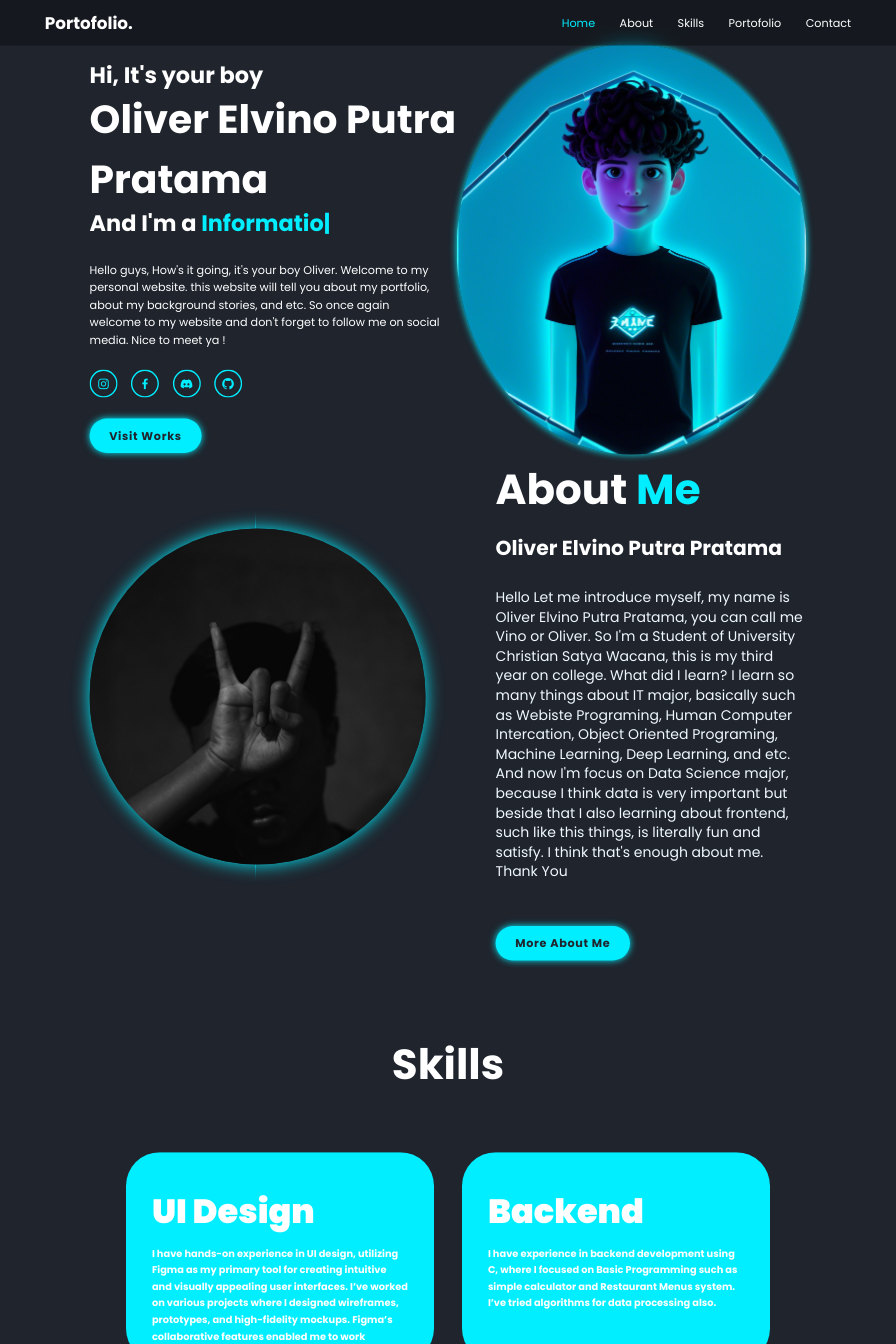
Repository: Olovrelvino/personalWebsite-HtmlCssJs-project
Page: main.html
An editor plug-in stored every save of this project. The page is shown before and after a run of saves, followed by the edit.
The browser window is 1280 px wide. The pictures show the part of the page from y = 0 to 1920 px (the page is 3580 px tall), at 70% of full size.
Some web libraries are served in a nearby version.

Above is the page before, as saved 2024-09-22 22:54:14.

### main.html
<!DOCTYPE html>
<html lang="en">
<head>
    <meta charset="UTF-8">
    <meta name="viewport" content="width=device-width, initial-scale=1.0">
    <title>Oliver's Portofolio</title>
    <link href='https://unpkg.com/boxicons@2.1.4/css/boxicons.min.css' rel='stylesheet'>
    <link rel="stylesheet" href="style.css">
</head>

<body>

    <!-- NAVBAR SECTION -->
    <header class="header">
        <a href="#" class="logo">Portofolio.</a>

        <nav class="navbar">
          <div class="hamburger-menu">
            <div class="bar"></div>
            <div class="bar"></div>
            <div class="bar"></div>
          </div>
          <ul class="nav-menu">
            <li><a href="#home" class="nav-links" style="--i:1;">Home</a></li>
            <li><a href="#about" class="nav-links" style="--i:2;">About</a></li>
            <li><a href="#Skills" class="nav-links" style="--i:3;">Skills</a></li>
            <li><a href="portofolio.html" class="nav-links" style="--i:4;">Portofolio</a></li>
            <li><a href="#contact" class="nav-links" style="--i:5;">Contact</a></li>
          </ul>
        </nav>
      </header>

    <!-- HOME SECTION -->
    <section class="home" id="home">
        <div class="home-content">
            <h3>Hi, It's your boy</h3>
            <h1>Oliver Elvino Putra Pratama</h1>
            <h3>And I'm a <span class="multiple-text"></span></h3>
            <p>Hello guys, How's it going, it's your boy Oliver. Welcome to my personal website.
                this website will tell you about my portfolio, about my background stories, and etc.
                So once again welcome to my website and don't forget to follow me on social media. Nice to meet ya !
            </p>
            <div class="soscial-media">
                <a href="#" style="--i:7;"><i class='bx bxl-instagram'></i></a>
                <a href="#" style="--i:8;"><i class='bx bxl-facebook' ></i></a>
                <a href="#" style="--i:9;"><i class='bx bxl-discord-alt' ></i></a>
                <a href="#" style="--i:10;"><i class='bx bxl-github'></i></a>
            </div>
            <a href="#" class="btn">Visit Works</a>
        </div>

        <div class="home-img">
            <img src="imagePW.png" alt="">
        </div>
    </section>

    <!-- ABOUT SECTION -->
     <section class="about" id="about">
        <div class="about-img">
            <img src="vino2.jpg">
        </div>
        <div class="about-text">
            <h2>About <span>Me</span></h2>
            <h4>Oliver Elvino Putra Pratama</h4>
            <P>Hello Let me introduce myself, my name is Oliver Elvino Putra Pratama, you can call me Vino or Oliver.
                So I'm a Student of University Christian Satya Wacana, this is my third year on college. What did I learn? I learn so many things about IT major,
                basically such as Webiste Programing, Human Computer Intercation, Object Oriented Programing,
                Machine Learning, Deep Learning, and etc. And now I'm focus on Data Science major, because I think data is very important but
                beside that I also learning about frontend, such like this things, is literally fun and satisfy. I think that's enough about me. Thank You
            </P>
            <a href="#" class="btn-content">More About Me</a>
        </div>
     </section>

     <section class="Skills" id="Skills">
        <div class="skills-text">
            <h2>Skills</h2>
        </div>

        <div class="Skills-container">
            <div class="Skills-box">
                <div class="Skills-info">
                    <h4>UI Design</h4>
                    <p>I have hands-on experience in UI design, utilizing Figma as my primary tool for creating intuitive and visually appealing user interfaces.
                        I’ve worked on various projects where I designed wireframes, prototypes, and high-fidelity mockups. Figma’s collaborative features enabled me to work efficiently with team members,
                        iterate designs quickly, and maintain consistency across different screen sizes and platforms.
                    </p>
                </div>
            </div>

            <div class="Skills-box">
                <div class="Skills-info">
                    <h4>Backend</h4>
                    <p>I have experience in backend development using C,
                        where I focused on Basic Programming such as simple calculator and Restaurant Menus system.
                        I’ve tried algorithms for data processing also.
                    </p>
                </div>
            </div>

            <div class="Skills-box">
                <div class="Skills-info">
                    <h4>Frontend</h4>
                    <p>
                        I have experience in frontend development, using HTML, CSS, and JavaScript to build responsive and dynamic website.
                        I’ve created user-friendly interfaces, ensuring cross-browser compatibility and optimizing for performance.
                    </p>
                </div>
            </div>

            <div class="Skills-box">
                <div class="Skills-info">
                    <h4>DataBase</h4>
                    <p>
                        I have experience in database management using MySQL, Oracle APEX, and ERD.
                        I’ve designed and optimized relational databases, created detailed ER diagrams to model data structures,
                        and implemented them in MySQL for efficient data handling.
                    </p>
                </div>
            </div>
        </div>
     </section>

     <section class="contact" id="contact">
        <h2 class="heading">Contact <span class="highlight">Me</span></h2>

        <form action="">
            <div class="input-group">
                <div class="input-box">
                    <input type="text" placeholder="Full name">
                    <input type="email" placeholder="Email">
                </div>
                <div class="input-box">
                    <input type="number" placeholder="Phone Number">
                    <input type="text" placeholder="Subject">
                </div>
            </div>

            <div class="input-group-2">
                <textarea name="" id="" cols="30" rows="10" placeholder="Your Message"></textarea>
                <input type="submit" value="Send Message" class="btn-contact">
            </div>
        </form>
     </section>

     <!-- Footer Section -->
     <footer class="footer">
        <div class="social">
            <a href="#" style="--i:7;"><i class='bx bxl-instagram'></i></a>
            <a href="#" style="--i:8;"><i class='bx bxl-facebook' ></i></a>
            <a href="#" style="--i:9;"><i class='bx bxl-discord-alt' ></i></a>
            <a href="#" style="--i:10;"><i class='bx bxl-github'></i></a>
        </div>

        <ul class="list">
            <li>
                <a href="#">FAQ</a>
            </li>

            <li>
                <a href="#">About</a>
            </li>

            <li>
                <a href="#">Portfolio</a>
            </li>

            <li>
                <a href="#">Contact</a>
            </li>
            <p class="copyright">
                © Oliver Elvino | All Right Reserved
            </p>
        </ul>
     </footer>

    <script src="https://unpkg.com/typed.js@2.1.0/dist/typed.umd.js"></script>
    <script src="script.js"></script>
</body>
</html>

### style.css
@import url('https://fonts.googleapis.com/css?family=Poppins:400,700,900');

* {
    margin: 0;
    padding: 0;
    border: none;
    outline: none;
    scroll-behavior: smooth;
    box-sizing: border-box;
    font-family: 'Poppins', sans-serif;
}

body {
    background: #1f242d;
    color: #fff;
    overflow-x: hidden;

}

.header {
    position: fixed;
    top: 0;
    left: 0;
    width: 100%;
    padding: 15px 5%;
    background: rgba(0, 0, 0, 0.3);
    backdrop-filter: blur(10px);
    display: flex;
    justify-content: space-between;
    align-items: center;
    z-index: 100;
  }

  .logo {
    font-size: 1.5rem;
    color: #fff;
    text-decoration: none;
    font-weight: 600;
  }

  .navbar {
    display: flex;
    align-items: center;
  }

  .nav-menu {
    display: flex;
    list-style: none;
  }

  .nav-links {
    font-size: 1rem;
    color: #fff;
    text-decoration: none;
    font-weight: 500;
    margin-left: 35px;
    transition: .3s;
  }

  .nav-links:hover,
  .nav-links.active {
    color: #0ef;
  }

  .hamburger-menu {
    display: none;
    cursor: pointer;
  }

  .bar {
    display: block;
    width: 25px;
    height: 3px;
    margin: 5px auto;
    transition: all 0.3s ease-in-out;
    background-color: #fff;
  }

  @media screen and (max-width: 768px) {
    .hamburger-menu {
      display: block;
    }

    .hamburger-menu.active .bar:nth-child(2) {
      opacity: 0;
    }

    .hamburger-menu.active .bar:nth-child(1) {
      transform: translateY(8px) rotate(45deg);
    }

    .hamburger-menu.active .bar:nth-child(3) {
      transform: translateY(-8px) rotate(-45deg);
    }

    .nav-menu {
      position: fixed;
      left: -100%;
      top: 70px;
      gap: 0;
      flex-direction: column;
      background-color: rgba(0, 0, 0, 0.8);
      width: 100%;
      text-align: center;
      transition: 0.3s;
    }

    .nav-links {
      margin: 16px 0;
    }

    .nav-menu.active {
      left: 0;
    }
  }

.home {
    position: relative;
    width: 100%;
    height: 100vh;
    display: flex;
    justify-content: space-between;
    align-items: center;
    padding: 10% 10% 0;
    padding-top: 10px;

}

.home-content {
    max-width: 850px;
}

.home-content h3 {
    font-size: 32px;
    font-weight: 700;
    opacity: 0;
    animation: slideBottom 1s ease forwards;
    animation-delay: .7s;
}

.home-content h3:nth-of-type(2) {
    margin-bottom: 30px;
    opacity: 0;
    animation: slideTop 1s ease forwards;
    animation-delay: .7s;
}

.home-content h3 span {
    color: #0ef;
}

.home-content h1 {
    font-size: 56px;
    font-weight: 700;
    margin: -3px 0;
    opacity: 0;
    animation: slideRight 1s ease forwards;
    animation-delay: .9s;
}

.home-content p {
    font-size: 16px;
    margin-right: 20px;
    opacity: 0;
    animation: slideLeft 1s ease forwards;
    animation-delay: .9s;
}

.home-img img{
    max-width: 500px;
    opacity: 0;
    animation: zoomIn 1s ease forwards, floatImage 4s ease-in-out infinite;
    animation-delay: 2s, 3s;
    border-radius: 50%;
    box-shadow: 0 0 10px #0ef;

}

.soscial-media a {
    display: inline-flex;
    justify-content: center;
    align-items: center;
    width: 40px;
    height: 40px;
    background: transparent;
    border: 2px solid #0ef;
    border-radius: 50%;
    font-size: 20px;
    color:#0ef;
    text-decoration: none;
    margin: 30px 15px 30px 0;
    transition: .5s ease;
    opacity: 0;
    animation: slideLeft 1s ease forwards;
    animation-delay: calc(.2s * var(--i));

}

.soscial-media a:hover {
    background: #0ef;
    color: #1f242d;
    box-shadow: 0 0 20px #0ef;
}

.btn {
    display: inline-block;
    padding: 12px 28px;
    background: #0ef;
    border-radius: 40px;
    box-shadow: 0 0 10px #0ef;
    font-size: 16px;
    color: #1f242d;
    letter-spacing: 1px;
    text-decoration: none;
    font-weight: 600;
    opacity: 0;
    animation: slideTop 1s ease forwards;
    animation-delay: .2s;
}


.about {
    position: relative;
    width: 100%;
    height: 80vh;
    display: flex;
    justify-content: space-between;
    gap: 100px;
    align-items: center;
    padding: 10% 10% 0;
    padding-top: 10px;
}

.about-img img {
    margin-bottom: 30px;
    max-width: 480px;
    border-radius: 50%;
    box-shadow: 0 0 25px #0ef;
    cursor: pointer;
    transition: 0.4s ease-in-out;

}

.about-img img:hover {
    box-shadow: 0 0 25px #0ef,
                0 0 50px #0ef,
                0 0 100px #0ef;

}

.about-text h2 {
    font-size: 60px;
}

.about-text h2 span {
    color:#0ef;
}

.about-text h4 {
    font-size: 29px;
    font-weight: 600;
    color:#fff;
    line-height: 1.7;
    margin: 15px 0 30px;

}

.about-text p {
    color: aliceblue;
    font-size: 20px;
    line-height: 1.4;
    margin-bottom: 4rem;

}

.btn-content {
    display: inline-block;
    padding: 12px 28px;
    background: #0ef;
    border-radius: 40px;
    box-shadow: 0 0 10px #0ef;
    font-size: 16px;
    color: #1f242d;
    letter-spacing: 1px;
    text-decoration: none;
    font-weight: 600;
}

.Skills {
    margin: 180px;
}

.skills-text h2 {
    margin-bottom: 5rem;
    font-size: 60px;
    text-align: center;
    color: #fff;
}

.Skills-container {
    display: grid;
    grid-template-columns: repeat(2, 1fr);
    align-items: center;
    gap: 2.5rem;
}

.Skills-box {
    background-color:#0ef;
    height: 300px;
    border-radius: 3rem;
    border: 5px solid transparent;
    cursor: pointer;
    transition: 0.4s ease-in-out;
}

.Skills-box:hover {
    background: #fff;
    color:#1f242d;
    border: 5px solid #0ef;
    transform: scale(1.03);
}

.Skills-box .Skills-info {
    display: flex;
    flex-direction: column;
    text-align: left;
    max-height: 200px;
    justify-content: left;
    align-items: baseline;
    padding: 2rem 2rem;
}

.Skills-info h4 {
    font-size: 3rem;
    font-weight: 800;
    line-height: 2;
}

.Skills-info p {
    font-size: 14px;
    font-weight: 600;
    max-height: 100px;
    line-height: 1.7;
    margin: auto;
}

.contact {
    margin-top: 50px;
    padding: 50px 20px;
    text-align: center;
}

.contact .heading {
    font-size: 56px;
    margin-bottom: 40px;
    font-weight: 600;
}

.highlight {
    color:#0ef;
}

.input-group, .input-group-2 {
    display: block;
    width: 100%;
    max-width: 600px;
    margin: 0 auto;
}


.input-box {
    width: 100%;
    margin-bottom: 20px;
}

input, textarea {
    width: 100%;
    padding: 15px;
    font-size: 16px;
    margin-bottom: 15px;
    border: 2px solid #303d43;
    border-radius: 10px;
    box-sizing: border-box;
}


textarea {
    height: 200px;
    resize: none;
}


.btn-contact {
    display: block;
    width: 30%;
    padding: 15px;
    background-color: #0ef;
    font-size: 16px;
    border: none;
    border-radius: 5px;
    cursor: pointer;
    transition: 0.3s ease;
    margin-top: 10px;
}

.btn-contact:hover {
    color:#1f242d;
    box-shadow: 0 0 25px #0ef;
}

.footer {
    position: relative;
    bottom: 0;
    width: 100%;
    padding: 40px 0;
    background-color: rgba(0, 0, 0, 0.3);

}

.footer .social {
    text-align: center;
    padding-bottom: 25px;
    color: #0ef;

}

.footer .social a {
    font-size: 25px;
    color: #0ef;
    border: 2px solid #0ef;
    width: 42px;
    height: 42px;
    line-height: 42px;
    display: inline-block;
    text-align: center;
    border-radius: 50%;
    margin: 0 10px;
    transition: 0.3s ease-in-out;

}

.footer .social a:hover {
    transform: scale(1.2)translateY(-10px);
    background-color: #0ef;
    color:#1f242d;
    box-shadow: 0 0 25px #0ef;
}

.footer ul {
    margin-top: 0;
    padding: 0;
    font-size: 18px;
    line-height: 1.6;
    margin-bottom: 0;
    text-align: center;
}

.footer ul li a {
    color:#fff;
    border-bottom: 3px solid transparent;
    transition: 0.3s ease-in-out;
}

.footer ul li a:hover {
    border-bottom: 3px solid #0ef;
}

.footer ul li {
    display: inline-block;
    padding: 0 15px;
}

.footer .copyright {
    margin-top: 50px;
    text-align: center;
    font-size: 16px;
    color:#fff;
}


/* KEYFRAMES ANIMATION */
@keyframes slideRight {
    0% {
        transform: translateX(-100px);
        opacity: 0;
    }

    100% {
        transform: translateX(0);
        opacity: 1;
    }
}

@keyframes slideLeft {
    0% {
        transform: translateX(100px);
        opacity: 0;
    }

    100% {
        transform: translateX(0);
        opacity: 1;
    }
}

@keyframes slideTop {
    0% {
        transform: translateY(100px);
        opacity: 0;
    }

    100% {
        transform: translateY(0);
        opacity: 1;
    }
}

@keyframes slideBottom {
    0% {
        transform: translateY(-100px);
        opacity: 0;
    }

    100% {
        transform: translateY(0);
        opacity: 1;
    }
}

@keyframes zoomIn {
    0% {
        transform: scale(0);
        opacity: 0;
    }

    100% {
        transform: scale(1);
        opacity: 1;
    }
}

@keyframes floatImage {
    0% {
        transform: translateY(0);

    }
    50% {
        transform: translateY(-24px);

    }
    100% {
        transform: translateY(0);

    }
}

### script.js
var typed = new Typed(".multiple-text", {
    strings: ["Student of UKSW", "Information Technology Major", "Code Anthusiast"],
    typeSpeed: 100,
    backSpeed: 100,
    backDelay: 1000,
    loop: true
})

// document.querySelectorAll('.navbar a').forEach(anchor => {
//     anchor.addEventListener('click', function(e) {
//         const target = document.querySelector(this.getAttribute('href'));

//         // Remove 'active' class from all links
//         document.querySelectorAll('.navbar a').forEach(link => {
//             link.classList.remove('active');
//         });

//         // Add 'active' class to the clicked link
//         this.classList.add('active');

//         // Smooth scroll to the section (only if the target exists)
//         if (target) {
//             e.preventDefault();
//             target.scrollIntoView({
//                 behavior: 'smooth'
//             });
//         }
//     });
// });

// // Mendapatkan semua elemen section yang ditargetkan
// const sections = document.querySelectorAll('section');
// const navLinks = document.querySelectorAll('.navbar a');

// // Fungsi untuk mengubah tautan yang aktif
// function changeActiveNav() {
//     let index = sections.length;

//     // Loop untuk menentukan bagian halaman mana yang sedang di viewport
//     while (--index && window.scrollY + 100 < sections[index].offsetTop) {}

//     // Hapus class 'active' dari semua tautan
//     navLinks.forEach((link) => link.classList.remove('active'));

//     // Tambahkan class 'active' pada tautan yang sesuai dengan bagian halaman
//     navLinks[index].classList.add('active');
// }

// // Event listener ketika halaman discroll
// window.addEventListener('scroll', changeActiveNav);

// // Event listener untuk klik pada tautan navbar
// navLinks.forEach((link) => {
//     link.addEventListener('click', function() {
//         // Hapus class 'active' dari semua tautan
//         navLinks.forEach((link) => link.classList.remove('active'));

//         // Tambahkan class 'active' pada tautan yang diklik
//         this.classList.add('active');
//     });
// });

// // Deteksi apakah halaman Portfolio sedang dibuka
// if (window.location.href.includes('portofolio.html')) {
//     document.querySelector('.navbar a[href="portofolio.html"]').classList.add('active');
// }

// Mengambil semua link navigasi dan bagian
const sections = document.querySelectorAll('section');
const navLinks = document.querySelectorAll('.navbar a');

// Fungsi untuk menambahkan kelas 'active' ke link navigasi
window.onscroll = () => {
    let current = "";

    sections.forEach(section => {
        const sectionTop = section.offsetTop;
        const sectionHeight = section.clientHeight;

        // Memeriksa jika posisi scroll berada di dalam section
        if (pageYOffset >= sectionTop - sectionHeight / 3) {
            current = section.getAttribute('id'); // Mendapatkan id dari section yang aktif
        }
    });

    navLinks.forEach(link => {
        link.classList.remove('active'); // Menghapus class active dari semua link
        if (link.getAttribute('href').includes(current)) {
            link.classList.add('active'); // Menambahkan class active ke link yang sesuai
        }
    });
};

document.addEventListener('DOMContentLoaded', () => {
    const hamburger = document.querySelector('.hamburger-menu');
    const navMenu = document.querySelector('.nav-menu');

    hamburger.addEventListener('click', () => {
      hamburger.classList.toggle('active');
      navMenu.classList.toggle('active');
    });

    document.querySelectorAll('.nav-links').forEach(n => n.addEventListener('click', () => {
      hamburger.classList.remove('active');
      navMenu.classList.remove('active');
    }));
  });

After the next 2 saves:
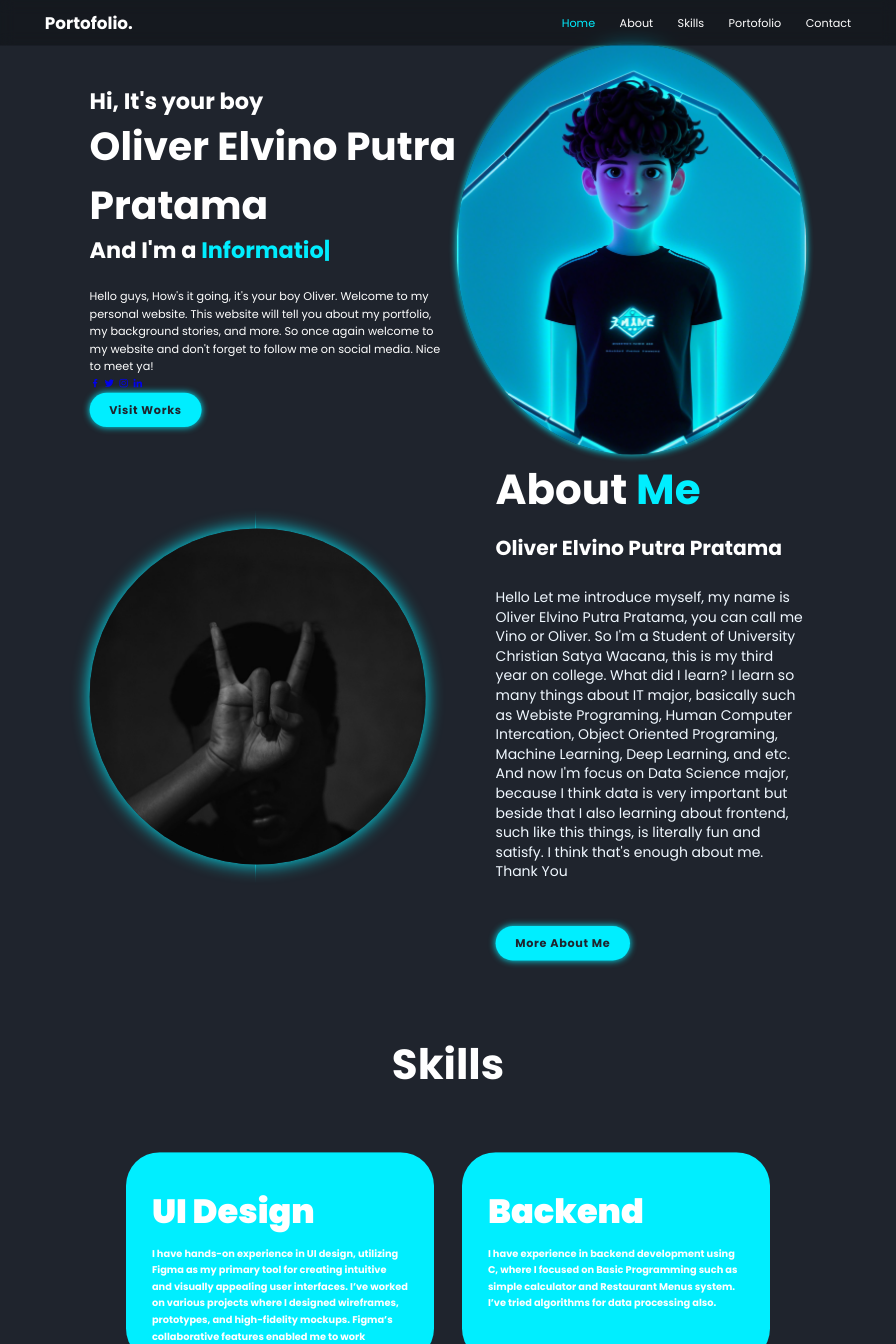
The 2 saves are shown as one change because they came seconds apart.
The last was saved 44 s later.
--- a/main.html
+++ b/main.html
@@ -30,29 +30,24 @@
         </nav>
       </header>
 
-    <!-- HOME SECTION -->
-    <section class="home" id="home">
+      <section id="home" class="section home">
         <div class="home-content">
-            <h3>Hi, It's your boy</h3>
-            <h1>Oliver Elvino Putra Pratama</h1>
-            <h3>And I'm a <span class="multiple-text"></span></h3>
-            <p>Hello guys, How's it going, it's your boy Oliver. Welcome to my personal website.
-                this website will tell you about my portfolio, about my background stories, and etc.
-                So once again welcome to my website and don't forget to follow me on social media. Nice to meet ya !
-            </p>
-            <div class="soscial-media">
-                <a href="#" style="--i:7;"><i class='bx bxl-instagram'></i></a>
-                <a href="#" style="--i:8;"><i class='bx bxl-facebook' ></i></a>
-                <a href="#" style="--i:9;"><i class='bx bxl-discord-alt' ></i></a>
-                <a href="#" style="--i:10;"><i class='bx bxl-github'></i></a>
-            </div>
-            <a href="#" class="btn">Visit Works</a>
+          <h3>Hi, It's your boy</h3>
+          <h1>Oliver Elvino Putra Pratama</h1>
+          <h3>And I'm a <span class="multiple-text"></span></h3>
+          <p>Hello guys, How's it going, it's your boy Oliver. Welcome to my personal website. This website will tell you about my portfolio, my background stories, and more. So once again welcome to my website and don't forget to follow me on social media. Nice to meet ya!</p>
+          <div class="social-media">
+            <a href="#" style="--i:7;"><i class="bx bxl-facebook"></i></a>
+            <a href="#" style="--i:8;"><i class="bx bxl-twitter"></i></a>
+            <a href="#" style="--i:9;"><i class="bx bxl-instagram"></i></a>
+            <a href="#" style="--i:10;"><i class="bx bxl-linkedin"></i></a>
+          </div>
+          <a href="#" class="btn">Visit Works</a>
         </div>
-
         <div class="home-img">
-            <img src="imagePW.png" alt="">
+          <img src="imagePW.png" alt="Oliver Elvino">
         </div>
-    </section>
+      </section>
 
     <!-- ABOUT SECTION -->
      <section class="about" id="about">
